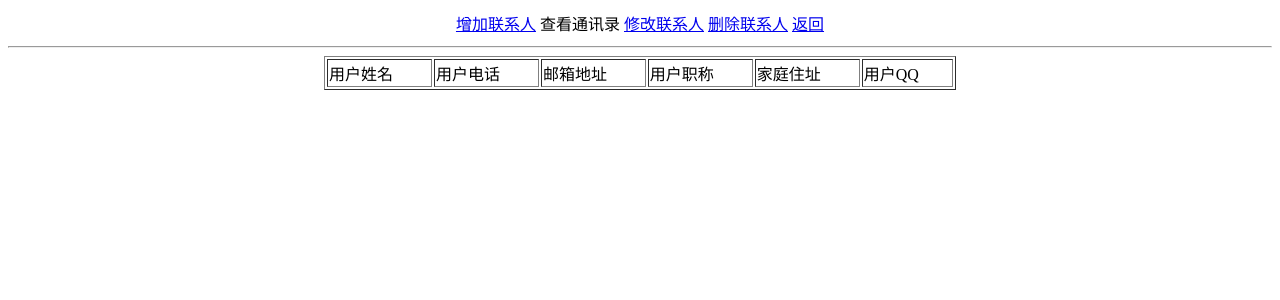
Repository: zy840055899/old-workspace
Page: http://localhost/PIMS/friendManager/lookFriend.jsp
These files come from the project's save history. The page is drawn as it stood at one moment and after the next save; the edit follows.
The browser window is 1280 px wide. The pictures show the whole page.
The page is served by Tomcat 9. Other server files are loaded and not shown.

Above is the page before, as saved 2014-03-13 06:53:59.

### PIMS/WebContent/friendManager/lookFriend.jsp
<%@page import="java.util.ArrayList"%>
<%@ page language="java" contentType="text/html; charset=UTF-8"
    pageEncoding="UTF-8"%>
<!DOCTYPE html PUBLIC "-//W3C//DTD HTML 4.01 Transitional//EN" "http://www.w3.org/TR/html4/loose.dtd">
<html>
<head>
<meta http-equiv="Content-Type" content="text/html; charset=UTF-8">
<title>个人信息管理系统--查看通讯录</title>
</head>
<body>

<center>

<table>

<tr>
<td><a href="http://localhost:8080/PIMS/friendManager/addFriend.jsp">增加联系人</a></td>
<td>查看通讯录</td>
<td><a href="http://localhost:8080/PIMS/friendManager/updateFriend.jsp">修改联系人</a></td>
<td><a href="http://localhost:8080/PIMS/friendManager/deleteFriend.jsp">删除联系人</a></td>
<td><a href="http://localhost:8080/PIMS/main/main.jsp">返回</a></td>
</tr>

</table><hr>

<table border="1" width="50%">

<tr>
<td>用户姓名</td>
<td>用户电话</td>
<td>邮箱地址</td>
<td>用户职称</td>
<td>家庭住址</td>
<td>用户QQ</td>
</tr>

<%
ArrayList friendlist = (ArrayList)session.getAttribute("friendlist");
if(friendlist == null || friendlist.size() == 0)
{
%>

<div>

</div>

<%
}
%>










</table>
















</center>








</body>
</html>

After the next save:
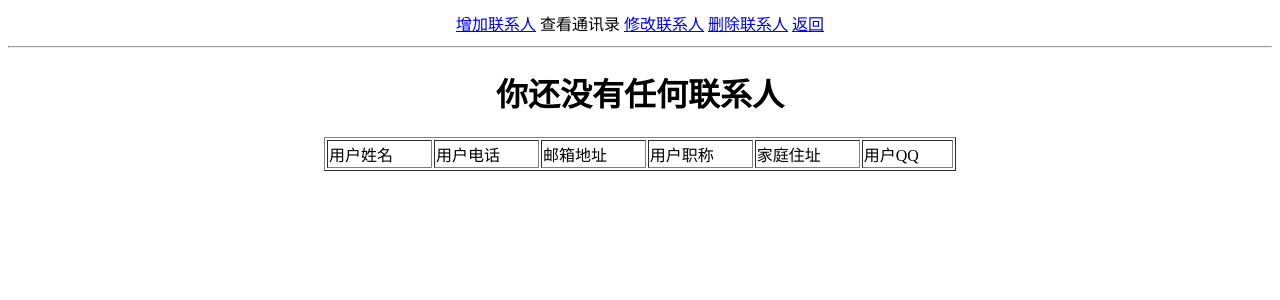
Saved 40 s later.
--- a/PIMS/WebContent/friendManager/lookFriend.jsp
+++ b/PIMS/WebContent/friendManager/lookFriend.jsp
@@ -41,7 +41,7 @@ if(friendlist == null || friendlist.size() == 0)
 %>
 
 <div>
-
+<h1>你还没有任何联系人</h1>
 </div>
 
 <%
